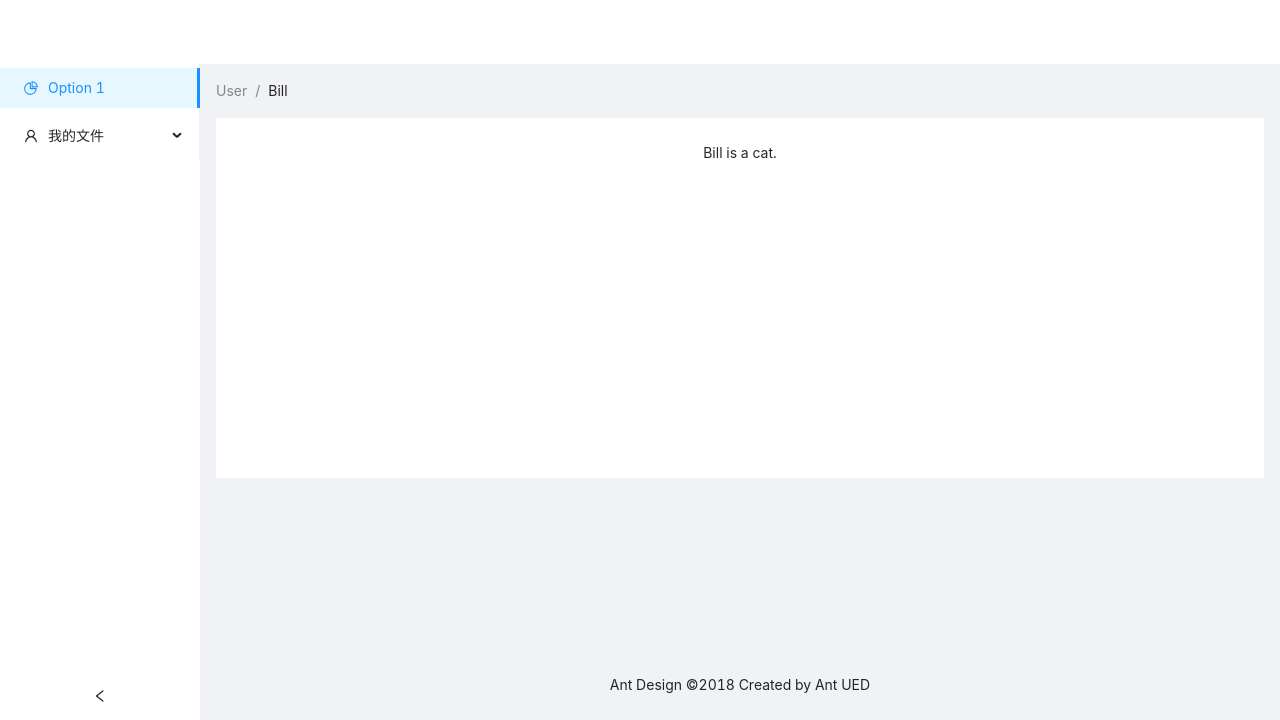
Repository: xstnet/starfire-cloud-fe
Page: /
The author's editor kept a copy of each file at every save. The page is drawn from the files as they stood at one save, then again after the next save.
The browser window is 1280 px wide. The pictures show the whole page.
The project was rebuilt for these pictures with package versions that can differ from the ones it lists, and the page was loaded fresh each time.

Above is the page before, as saved 2021-09-12 16:17:30.

### src/App.js
import React from 'react';
import { Button } from 'antd';
import './App.css';
import MainLayout from './page/layout/main'

const App = () => (
  <div className="App">
    <MainLayout></MainLayout>
  </div>
);

export default App;

### src/page/layout/main.jsx
import React from 'react';
import { Layout, Menu, Breadcrumb } from 'antd';
import {
  DesktopOutlined,
  PieChartOutlined,
  FileOutlined,
  TeamOutlined,
  UserOutlined,
} from '@ant-design/icons';
import './main.css';

const { Header, Content, Footer, Sider } = Layout;
const { SubMenu } = Menu;

class MainLayout extends React.Component {
  state = {
    collapsed: false,
  };

  onCollapse = collapsed => {
    console.log(collapsed);
    this.setState({ collapsed });
  };

  render() {
    const { collapsed } = this.state;
    return (
      <Layout style={{ minHeight: '100vh' }}>
        <Sider theme="light" collapsible collapsed={collapsed} onCollapse={this.onCollapse}>
          <div className="logo" />
          <Menu defaultSelectedKeys={['1']} mode="inline">
            <Menu.Item key="1" icon={<PieChartOutlined />}>
              Option 1
            </Menu.Item>
            <SubMenu key="sub1" icon={<UserOutlined />} title="我的文件">
              <Menu.Item key="3">文档</Menu.Item>
              <Menu.Item key="4">图片</Menu.Item>
              <Menu.Item key="5">音频</Menu.Item>
              <Menu.Item key="5">视频</Menu.Item>
            </SubMenu>
          </Menu>
        </Sider>
        <Layout className="site-layout">
          <Header className="site-layout-background" style={{ padding: 0 }} />
          <Content style={{ margin: '0 16px' }}>
            <Breadcrumb style={{ margin: '16px 0' }}>
              <Breadcrumb.Item>User</Breadcrumb.Item>
              <Breadcrumb.Item>Bill</Breadcrumb.Item>
            </Breadcrumb>
            <div className="site-layout-background" style={{ padding: 24, minHeight: 360 }}>
              Bill is a cat.
            </div>
          </Content>
          <Footer style={{ textAlign: 'center' }}>Ant Design ©2018 Created by Ant UED</Footer>
        </Layout>
      </Layout>
    );
  }
}

export default MainLayout;

### src/page/layout/main.css
 .logo {
    height: 32px;
    margin: 16px;
    background: rgba(255, 255, 255, 0.3);
  }

  .site-layout .site-layout-background {
    background: #fff;
  }

Loaded but not shown: public/index.html (common file); src/index.js (common file); src/index.css (common file); src/reportWebVitals.js (common file); src/App.css (common file)

After the next save:
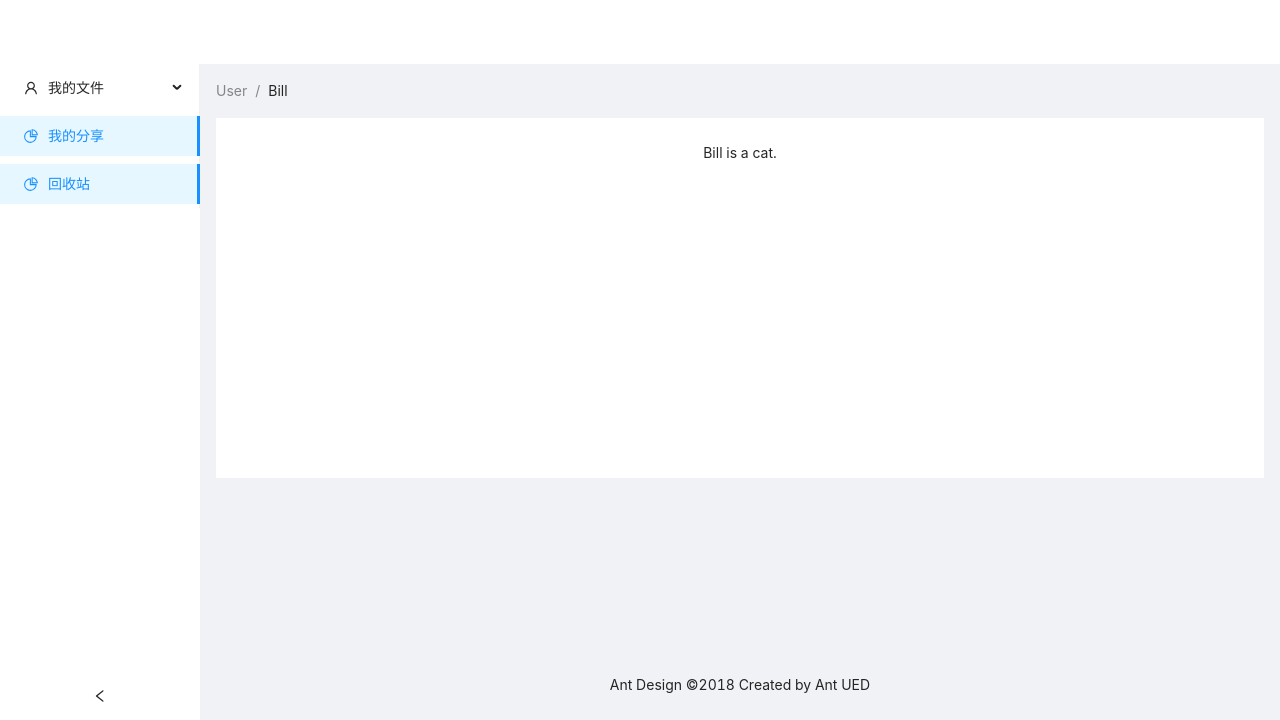
Saved 32 s later.
--- a/src/page/layout/main.jsx
+++ b/src/page/layout/main.jsx
@@ -29,15 +29,18 @@ class MainLayout extends React.Component {
         <Sider theme="light" collapsible collapsed={collapsed} onCollapse={this.onCollapse}>
           <div className="logo" />
           <Menu defaultSelectedKeys={['1']} mode="inline">
-            <Menu.Item key="1" icon={<PieChartOutlined />}>
-              Option 1
-            </Menu.Item>
             <SubMenu key="sub1" icon={<UserOutlined />} title="我的文件">
               <Menu.Item key="3">文档</Menu.Item>
               <Menu.Item key="4">图片</Menu.Item>
               <Menu.Item key="5">音频</Menu.Item>
               <Menu.Item key="5">视频</Menu.Item>
             </SubMenu>
+            <Menu.Item key="1" icon={<PieChartOutlined />}>
+              我的分享
+            </Menu.Item>
+            <Menu.Item key="1" icon={<PieChartOutlined />}>
+              回收站
+            </Menu.Item>
           </Menu>
         </Sider>
         <Layout className="site-layout">
